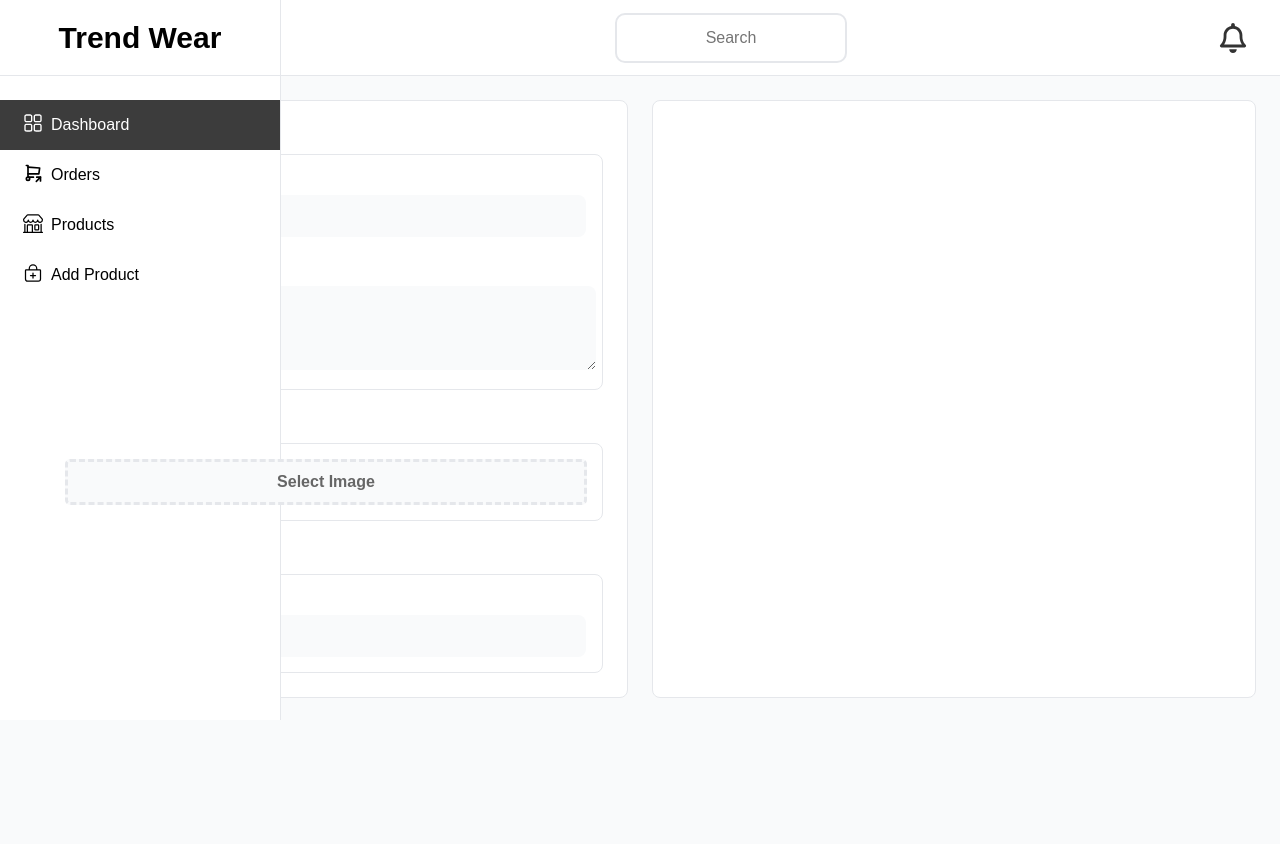
Repository: ahmad-dev7/TrendWear
Page: / (app in trend_wear_dashboard/)
An editor plug-in stored every save of this project. The page is shown before and after the next save, followed by the edit.
The browser window is 1280 px wide. The pictures show the whole page.
The project was rebuilt for these pictures with package versions that can differ from the ones it lists, and the page was loaded fresh each time. Also part of the build but not shown: trend_wear_dashboard/vite.config.ts.

Above is the page before, as saved 2025-01-20 11:30:08.

After the next save:
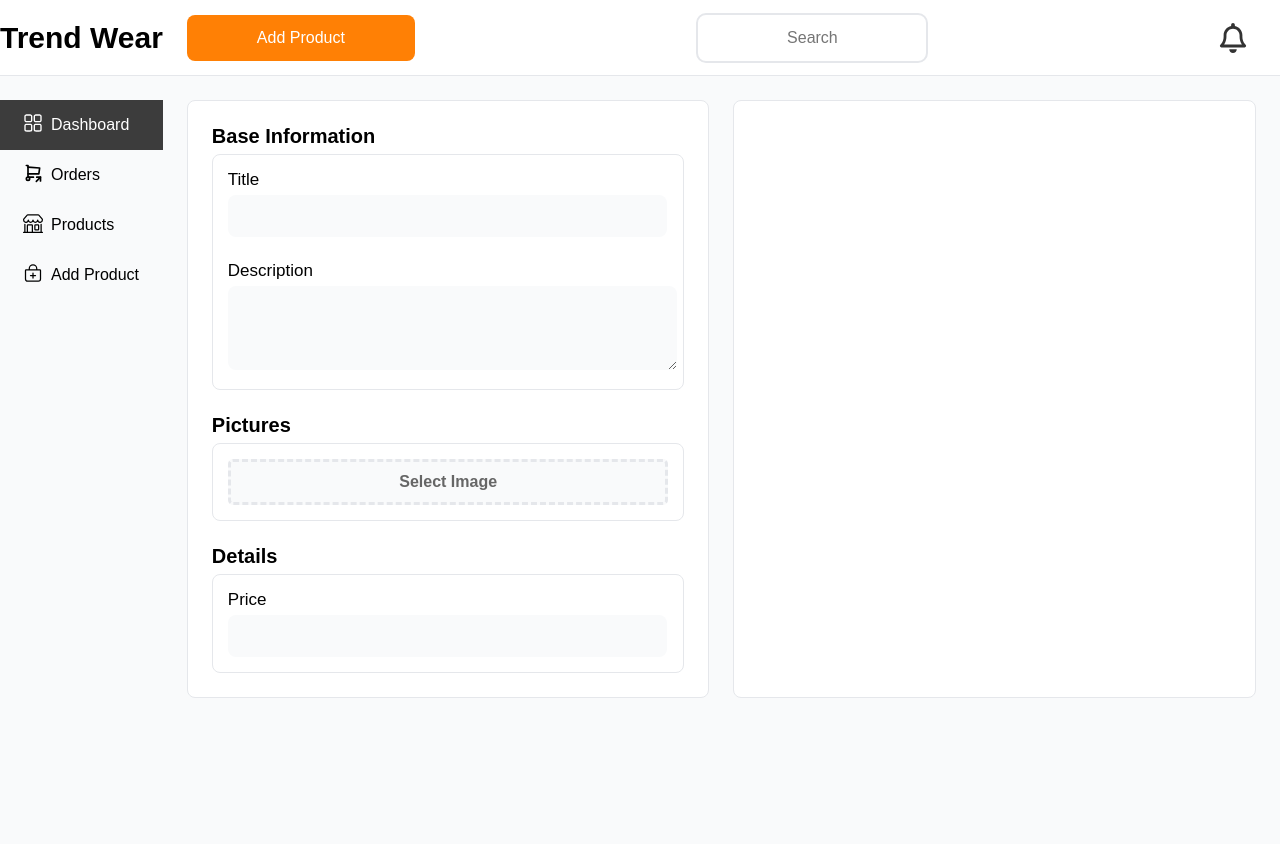
Saved 53 s later.
--- a/trend_wear_dashboard/src/Components/Sidebar/Sidebar.css
+++ b/trend_wear_dashboard/src/Components/Sidebar/Sidebar.css
@@ -5,12 +5,9 @@
     /* Create a flex container */
 }
 
-#sidebar {
-    background-color: white;
-    width: 280px;
-    height: 100vh;
-    position: fixed;
-    border-right: 1px solid #e5e7eb;
+#layout {
+    display: flex;
+    /* Create a flex container */
 }
 
 #sidebar .header {

After the save that followed:
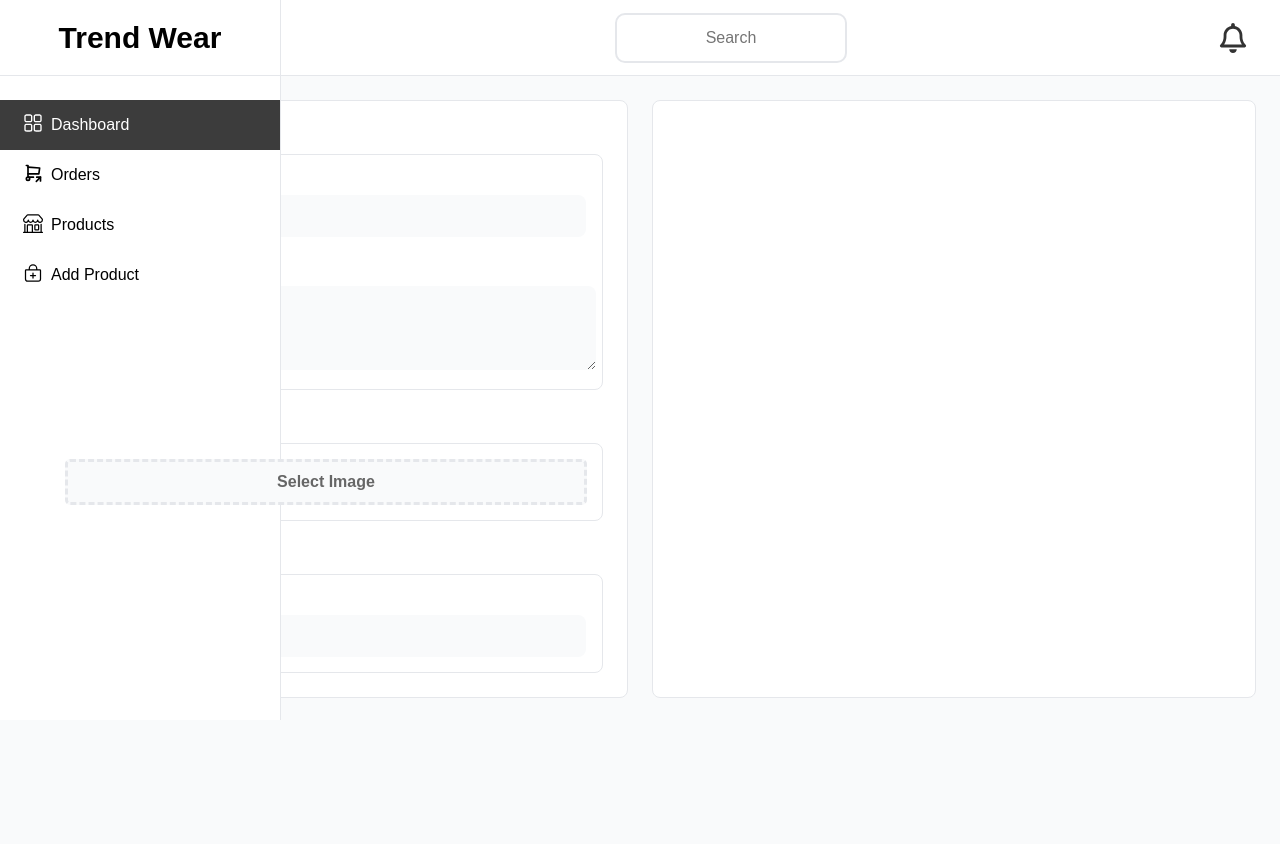
Saved 22 s later.
--- a/trend_wear_dashboard/src/Components/Sidebar/Sidebar.css
+++ b/trend_wear_dashboard/src/Components/Sidebar/Sidebar.css
@@ -5,9 +5,12 @@
     /* Create a flex container */
 }
 
-#layout {
-    display: flex;
-    /* Create a flex container */
+#sidebar {
+    background-color: white;
+    width: 280px;
+    height: 100vh;
+    position: fixed;
+    border-right: 1px solid #e5e7eb;
 }
 
 #sidebar .header {
